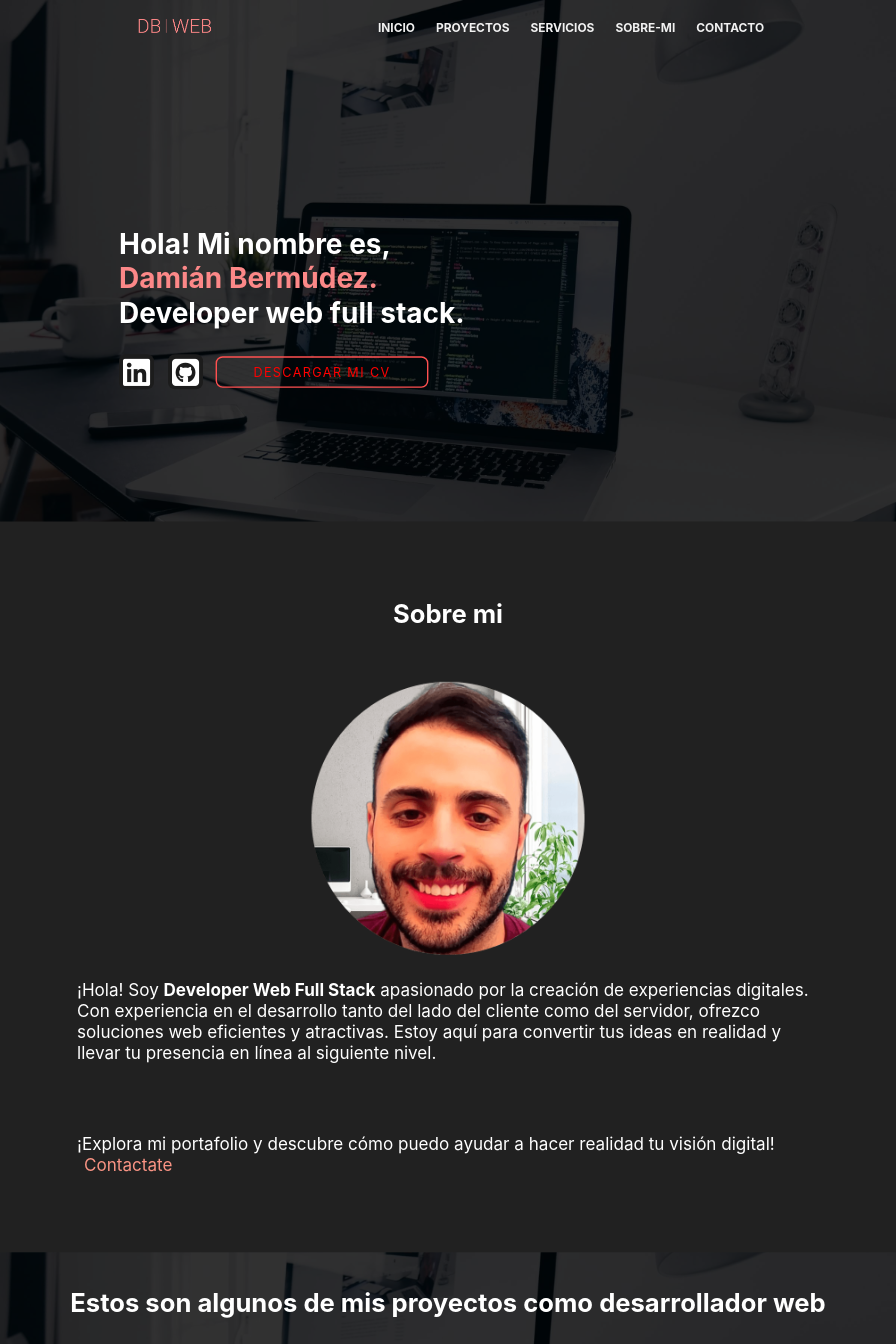
Repository: DamianBermudez94/DB-Porfolio
Page: /
These files come from the project's save history. The page is drawn as it stood at one moment and after the next save; the edit follows.
The browser window is 1280 px wide. The pictures show the part of the page from y = 0 to 1920 px (the page is 2598 px tall), at 70% of full size.
Backgrounds fixed to the window are drawn as part of the page. Some web libraries are served in a nearby version. The project was rebuilt for these pictures with package versions that can differ from the ones it lists, and the page was loaded fresh each time. Also part of the build but not shown: vite.config.js, src/components/Servicios/styles.css, src/components/Servicios/Service.jsx, src/pages/Servicios.jsx, src/components/Conocimientos/Conocimientos.jsx, src/pages/AcerdaDe.jsx, src/components/Contacto/Contact.jsx, src/pages/contacto.jsx and 2 more.

Above is the page before, as saved 2024-03-09 19:32:49.

### index.html
<!DOCTYPE html>
<html lang="en">
  <head>
    <meta charset="utf-8" />
    <link rel="icon" href="./public/image/IconoDB.png" />
    <link rel="apple-touch-icon" href="./public/image/IconoDB.png" />
    <meta name="viewport" content="width=device-width, initial-scale=1" />
    <link rel="manifest" href="./src/manifiesto.json">
    <meta name="theme-color" content="#000000" />
    <!--Estilos-->
    <script
      src="https://kit.fontawesome.com/bdbed0aafa.js"
      crossorigin="anonymous"
    ></script>
    <link rel="preconnect" href="https://fonts.gstatic.com" />
    <link rel="preconnect" href="https://fonts.gstatic.com" />
    <link rel="preconnect" href="https://fonts.gstatic.com" />
    <link rel="preconnect" href="https://fonts.gstatic.com" />
    <link
      href="https://fonts.googleapis.com/css2?family=Raleway:wght@200;300&family=Roboto:wght@100;300&display=swap"
      rel="stylesheet"
    />
    <meta name="author" content="Damián Bermúdez" />
    <meta name="description" content="Porfolio web - Damián Bermúdez" />

    <title>Damián Bermúdez - Developer</title>
  </head>
  <body>
    <div id="root"></div>
    <script type="module" src="/src/main.jsx"></script>
  </body>
</html>

### src/main.jsx
import ReactDOM from "react-dom/client";
import "./index.css";
import App from "./App";
import Modal from 'react-modal';
Modal.setAppElement('#root');
const root = ReactDOM.createRoot(document.getElementById("root"));
root.render(<App />);

### src/index.css
* {
  margin: 0;
  padding: 0;
  box-sizing: border-box;
}
body {
  font-family: -apple-system, BlinkMacSystemFont, "Segoe UI", "Roboto", "Oxygen",
    "Ubuntu", "Cantarell", "Fira Sans", "Droid Sans", "Helvetica Neue",
    sans-serif;
  -webkit-font-smoothing: antialiased;
  -moz-osx-font-smoothing: grayscale;
}

### src/App.jsx
import "./App.css";
import { MisRutas } from "./routers/MisRutas";

function App() {
  return (
    <div className="layout">
      <MisRutas />
    </div>
  );
}

export default App;

### src/App.css
.layout {
  margin: 0 auto;
  background-color: #282c34;
  font-size: calc(10px + 2vmin);
  color: white;
  background-image: url("/public/image/banner-parallax.jpg");
  background-size: cover;
  background-position: center;
  background-attachment: fixed;
}
.layout .container-rutas {
  background-color: rgba(0, 0, 0, 0.8);
  width: 100%;
  height: 100%;
  padding-top: 145px;
}

### src/routers/MisRutas.jsx
import { BrowserRouter, Routes, Route } from "react-router-dom";

import { Inicio } from "../pages/Inicio";
import { Servicios } from "../pages/Servicios";
import { AcerdaDe } from "../pages/AcerdaDe";
import { Contacto } from "../pages/contacto";
import { Proyectos } from "../pages/Proyecto";
import { Error } from "../components/Error";
import { NavHeader } from "../components/header/NavHeader";
import { Footer } from "../components/Footer/Footer";

export const MisRutas = () => {
  return (
    <div className="container-rutas">
      <BrowserRouter>
        {/*Header y navegacion*/}
        <NavHeader />
        {/*Contenido general*/}

        <Routes>
          <Route path="/" element={<Inicio />} />
          <Route path="/inicio" element={<Inicio />} />
          <Route path="/servicios" element={<Servicios />} />
          <Route path="/conocimientos" element={<AcerdaDe />} />
          <Route path="/contacto" element={<Contacto />} />
          <Route path="/proyecto" element={<Proyectos />} />
          <Route path="*" element={<Error />} />
        </Routes>

        {/* Footer*/}
        <Footer />
      </BrowserRouter>
    </div>
  );
};

### src/pages/Inicio.jsx

import { Home } from "../components/Home/Home";
export const Inicio = () => {
  return (
  <div><Home/> </div>
  );
};

### src/components/header/NavHeader.jsx
import { useState, useEffect } from "react";
import { NavLink } from "react-router-dom";
import "./NavHeader.css";
import BurguerButton from "./burgerButton";

export const NavHeader = () => {
  const [clicked, setClicked] = useState(false);
  const [scrolled, setScrolled] = useState(false);
  const handleClick = () => {
    //cuando esta true lo pasa a false y vice versa
    setClicked(!clicked);
  };
  useEffect(() => {
    const handleScroll = () => {
      if (window.scrollY > 50) {
        setScrolled(true);
      } else {
        setScrolled(false);
      }
    };

    window.addEventListener("scroll", handleScroll);

    // Limpiar el event listener en el desmontaje del componente
    return () => {
      window.removeEventListener("scroll", handleScroll);
    };
  }, []);

  return (
    <header className={`header ${scrolled ? "scrolled" : ""}`}>
      <div className="nav-content">
        <div className="logo">
          <NavLink to="/inicio">
            <img
              src={"/image/Logo-DB.png"}
              alt="Damian Bermudez desarrollador web"
            ></img>
          </NavLink>
        </div>

        <BurguerButton
          className="btn-menu"
          clicked={clicked}
          handleClick={handleClick}
        />
        <nav className={`links ${clicked ? "active" : ""}`}>
          <ul>
            <li>
              <NavLink
                to="/inicio"
                onClick={handleClick}
                className={({ isActive }) => (isActive ? "active" : "")}
              >
                Inicio
              </NavLink>
            </li>
            <li>
              <NavLink
                to="/proyecto"
                onClick={handleClick}
                className={({ isActive }) => (isActive ? "active" : "")}
              >
                proyectos
              </NavLink>
            </li>
            <li>
              <NavLink
                to="/servicios"
                onClick={handleClick}
                className={({ isActive }) => (isActive ? "active" : "")}
              >
                servicios
              </NavLink>
            </li>
            <li>
              <NavLink
                to="/conocimientos"
                onClick={handleClick}
                className={({ isActive }) => (isActive ? "active" : "")}
              >
                sobre-mi
              </NavLink>
            </li>
            <li>
              <NavLink
                to="/contacto"
                onClick={handleClick}
                className={({ isActive }) => (isActive ? "active" : "")}
              >
                contacto
              </NavLink>
            </li>
          </ul>
        </nav>
      </div>
    </header>
  );
};

### src/components/Footer/Footer.jsx

import './Footer.css'
export const Footer = () => {
  return (
    <footer className="footer">
      <div className="contenedor-footer container">
          <div className="footer-redes__sociales">
              <a href="https://www.facebook.com" className="link-redes_sociales" ><i className="fab fa-facebook facebook"></i></a>
              <a href="https://www.instagram.com" className="link-redes_sociales" ><i className="fab fa-instagram instagran"></i></a>
              <a href="https://www.linkedin.com" className="link-redes_sociales" ><i className="fab fa-linkedin linkedin"></i></a>
              <a href="https:/www.github.com" className="link-redes_sociales" ><i className="fab fa-github-square github"></i></a>
          </div>
          <hr className='footer-linea' />
          <div className="footer-text">
              <p className="title-copy">Hecho por<a className="title-footer" href="https://damianbermudezdev.es/">DB|WEB</a></p>
          </div>
      </div>
    </footer>
  )
}

### src/components/Home/Home.jsx
import { NavLink } from "react-router-dom";
import { ListadoTrabajos } from "../Proyectos/ListaTrabajos";
import "./styles.css";
export const Home = () => {
  return (
    <section className="home">
      <div className="home-welcome">
        <div className="container-home">
          <h1 className="title-welcome" style={{ "--duration": "1s" }}>
            <span style={{ "--delay": " .5s" }}>Hola! Mi nombre es,</span>
            <span className="title-custom" style={{ "--delay": ".6s" }}>
              Damián Bermúdez.
            </span>
            <span className="parrafo-welcome" style={{ "--duration": "1s" }}>
              <span style={{ "--delay": " .7s" }}>
                Developer web full stack.
              </span>
            </span>
          </h1>

          <div className="container-redes_inicio">
            <NavLink
              to="https://www.linkedin.com/in/damian-bermudez-4a4a33204/"
              className="link-redes_sociales"
              target="_blank"
            >
              <i className="fab fa-linkedin linkedin"></i>
            </NavLink>
            <NavLink
              to="https://github.com/DamianBermudez94"
              className="link-redes_sociales"
              target="_blank"
            >
              <i className="fab fa-github-square github"></i>
            </NavLink>
            <a
              className="btn-cv"
              href="./cv-pdf/CVDamianBermudez2023_1_ (1).pdf"
              download="CV-damian-bermudez.pdf"
            >
              Descargar mi CV
            </a>
          </div>
        </div>
      </div>
      <section className="section-me">
        <h2>Sobre mi</h2>
        <div className="container-me" data-animation="diagonal">
          <img
            src={"/image/profile-damianbermudez.png"}
            alt="Damian Bermudez desarrollador web"
          ></img>
          <p>
            ¡Hola! Soy <strong>Developer Web Full Stack</strong> apasionado por
            la creación de experiencias digitales. Con experiencia en el
            desarrollo tanto del lado del cliente como del servidor, ofrezco
            soluciones web eficientes y atractivas. Estoy aquí para convertir
            tus ideas en realidad y llevar tu presencia en línea al siguiente
            nivel.
          </p>
        </div>
        <div className="container-inicio_contacto" data-animation="diagonal">
          <p className="parrafo-contacto">
            ¡Explora mi portafolio y descubre cómo puedo ayudar a hacer realidad
            tu visión digital!{" "}
            <NavLink className="enlace-contacto" to="/contacto">
              Contactate
              <span className="border border-top"></span>
              <span className="border border-right"></span>
              <span className="border border-bottom"></span>
              <span className="border border-left"></span>
            </NavLink>
          </p>
        </div>
      </section>
      <section className="content-proyectos__inicio">
        <h2>Estos son algunos de mis proyectos como desarrollador web</h2>
        <ListadoTrabajos limite="2" />
      </section>
    </section>
  );
};

### src/components/header/NavHeader.css
.header {
  height: 80px;

  max-width: 1200px;
  display: flex;
  justify-content: center;
  align-items: center;
  padding: 10px;
  position: fixed;
  top: 0;
  right: 0;
  left: 0;
  z-index: 1000;
  padding: 10px 20px;
  margin: 0 auto;
  transition: background-color 0.5s ease;
}

/* Cambiar el fondo al hacer scroll */
.header.scrolled {
  background-color: rgba(83, 83, 83, 0.9);
  border-radius: 10px;
  width: 80%;
  display: flex;
  justify-content: center;
  align-items: center;
  position: fixed;

  margin: 0 auto;
}

.nav-content {
  width: 90%;
  height: 80px;

  margin: 0 auto;
  display: flex;
  justify-content: space-around;
  padding: 5px;
  align-items: center;
}
.header .logo img {
  width: 150px;
  height: 100px;
  object-fit: cover;
}

.header nav ul {
  display: flex;
  justify-content: center;
  align-items: center;
  list-style: none;
}
.header li {
  text-decoration: none;
  text-transform: uppercase;
  font-size: 17px;
  font-weight: bold;
  margin: 15px;
}
.header li a {
  text-decoration: none;
  transition: all 300ms;
  color: #f1f1f1;
}
.header .active,
.header a:hover {
  color: rgb(255, 80, 80);
}

.header .btn-menu {
  display: none;
}
@media screen and (max-width: 860px) {
  .header {
    overflow: hidden;
  }

  .header .logo img {
    width: 200px;
  }
  .header nav {
    position: fixed;
    top: 70px;
    left: -140%;
    width: 80%;
    height: calc(100vh - 60px);
    background-color: #fff;
    z-index: 9;
  }
  .links.active {
    width: 100%;
    height: 100vh;
    display: block;
    top: 150px;
    left: 0;
    right: 0;
    margin-left: auto;
    margin-right: auto;
    text-align: center;
    opacity: 1;
    background: rgba(255, 255, 255, 0);
    backdrop-filter: blur(19px);
  }
  .links.close {
    display: none;
  }
  nav ul {
    margin: 0 auto;
    flex-direction: column;
    border-top: 5px solid rgb(255, 1, 1);
    padding: 5px;
  }

  nav ul li {
    width: 100%;
    margin: 10px auto;
    border-bottom: 1px solid rgb(255, 1, 1);
  }
  nav ul li a {
    background: none;
    color: rgb(255, 1, 1);
  }
  body.dark nav ul li a {
    color: #f1f1f1;
  }
  nav ul li a.active {
    background: none;
    color: rgb(0, 0, 0);
  }
  body.dark nav ul li a.active {
    color: rgb(255, 1, 1);
  }
  nav ul li a.active:hover {
    background: none;
    color: rgb(0, 0, 0);
  }
}

### src/components/header/burgerButton.jsx
/* eslint-disable react/prop-types */

import styled from "styled-components";

function BurguerButton(props) {
  return (
    <Burguer>
      <div
        onClick={props.handleClick}
        className={`btn-menu nav-icon-5 ${props.clicked ? "open" : ""}`}
      >
        <span></span>
        <span></span>
        <span></span>
      </div>
    </Burguer>
  );
}

export default BurguerButton;

const Burguer = styled.div`
  /* nav-icon-5 */
  .nav-icon-5 {
    width: 35px;
    height: 30px;
    position: relative;
    cursor: pointer;
    display: flex;
    margin: 25px 50px;
  }
  .nav-icon-5 span {
    background-color: #fff;
    position: absolute;
    border-radius: 2px;
    transition: 0.3s cubic-bezier(0.8, 0.5, 0.2, 1.4);
    width: 100%;
    height: 4px;
    transition-duration: 500ms;
  }
  .nav-icon-5 span:nth-child(1) {
    top: 0px;
    left: 0px;
  }
  .nav-icon-5 span:nth-child(2) {
    top: 13px;
    left: 0px;
    opacity: 1;
  }
  .nav-icon-5 span:nth-child(3) {
    bottom: 0px;
    left: 0px;
  }
  .nav-icon-5:not(.open):hover span:nth-child(1) {
    transform: rotate(-3deg) scaleY(1.1);
  }
  .nav-icon-5:not(.open):hover span:nth-child(2) {
    transform: rotate(3deg) scaleY(1.1);
  }
  .nav-icon-5:not(.open):hover span:nth-child(3) {
    transform: rotate(-4deg) scaleY(1.1);
  }
  .nav-icon-5.open span:nth-child(1) {
    transform: rotate(45deg);
    top: 13px;
  }
  .nav-icon-5.open span:nth-child(2) {
    opacity: 0;
  }
  .nav-icon-5.open span:nth-child(3) {
    transform: rotate(-45deg);
    top: 13px;
  }
  @media screen and (min-width: 860px) {
    .btn-menu {
      display: none;
    }
  }
`;

### src/components/Footer/Footer.css
.footer {
  min-height: 120px;
  line-height: 7px;
  text-align: center;
  font-size: 22px;
  padding: 45px;
  background-color: #212121;
}

.contenedor-footer {
  display: flex;
  flex-direction: column;
  justify-content: center;
  align-content: center;
  margin: 0 auto;
  padding: 20px;
}
.footer-text {
  display: flex;
  justify-content: center;
  align-items: center;
  padding: 10px;
  margin-top: 20px;
}
.title-copy {
  text-align: center;
  font-size: 26px;
  font-weight: 300;
}
.title-footer {
  text-decoration: none;
  color: rgb(252, 136, 136);
  margin-left: 5px;
}
.footer-linea{
  height: 1px;
  width: 100%;

}
body.dark .title-copy {
  color: #f1f1f1;
}

.footer-redes__sociales {
  display: flex;
  justify-content: center;
  align-items: center;
  text-align: center;
  margin-bottom: 10px;
}
.link-redes_sociales {
  text-decoration: none;
  width: 50px;
  height: 50px;
  margin: 10px;
  color: rgb(255, 255, 255);
  background-color: rgb(28, 28, 28);
  border-radius: 10px;
  text-align: center;
  position: relative;
  transition: transform 0.4s;
  font-size: 26px;
  padding: 4px;
}
.link-redes_sociales:hover {
  transform: rotate(45deg);
}
.link-redes_sociales::before {
  content: "";
  position: absolute;
  width: 100%;
  height: 100%;
  opacity: 0;
  background-color: #373737;
  border-radius: 10px;
  transition: opacity 0.2s;
}
.link-redes_sociales:hover::before {
  opacity: 0.4;
}
.link-redes_sociales:nth-child(1)::before {
  background-color: rgb(255, 80, 80);
}
.link-redes_sociales:nth-child(2)::before {
  background-color: rgb(255, 80, 80);
}
.link-redes_sociales:nth-child(3)::before {
  background-color: rgb(255, 80, 80);
}
.link-redes_sociales:nth-child(4)::before {
  background-color: rgb(255, 80, 80);
}

.link-redes_sociales:hover::before {
  transform: translate(-4px, -4px);
  filter: blur(10px);
}

.link-redes_sociales i {
  font-size: 1.7em;
  transition: all 0.4s;
}
.link-redes_sociales:hover i {
  color: #f1f1f1;
  transform: rotate(-45deg);
}

body.dark .redes-sociales i {
  color: #f1f1f1;
}

### src/components/Proyectos/styles.css
/**--Estilos seccion Proyectos--**/

.section-proyectos {
  width: 90%;
  max-width: 1600px;
  display: grid;
  grid-template-columns: repeat(2, 1fr);
  grid-gap: 30px;

  padding: 10px;
  margin: 0 auto;
}
.title-proyectos {
  font-size: 55px;
  margin: auto;
  text-align: center;
  padding: 25px;
}
.card-proyectos {
  display: flex;
  align-items: center;
  flex-direction: column;
  overflow: hidden;
}
.content-proyectos__img img {
  object-fit: cover;
  border-radius: 5px;
  width: 100%;
  height: 300px;
  overflow: hidden;
  box-shadow: 0px 5px 14px 0px #fff;
  cursor: pointer;
}

.card-proyectos span {
  display: block;
  color: white;
  font-size: 18px;
  margin-top: 35px;
}
.card-proyectos h2 {
  display: block;
  color: white;
  margin-top: 5px;
  font-size: 25px;
}
.card-proyectos a {
  color: white;
  text-decoration: none;
  transition: none;
  text-align: center;
}

.content-proyectos__enlace {
  width: 100%;
  display: flex;
  justify-content: center;
  align-items: center;
  padding: 20px;
  margin: 0 auto;
}

.proyectos-enlace {
  width: 40%;
  max-width: 200px;
  text-decoration: none;
  display: flex;
  align-items: center;
  justify-content: center;
  margin: 0 auto;
  font-size: 18px;
  cursor: pointer;
  text-transform: uppercase;
  letter-spacing: 2px;
  color: rgb(255, 0, 0);
  background-color: transparent;
  outline: 2px solid rgb(255, 80, 80);
  border: none;
  border-radius: 8px;
  padding: 10px 20px;
  position: relative;

  overflow: hidden;
  transition: color 1s;
}

.proyectos-enlace:hover {
  color: #000000;
  z-index: 1;
}

.proyectos-enlace::before {
  content: "";
  position: absolute;
  top: 0;
  left: -50px;
  width: 150%;
  height: 100%;
  background-color: rgba(255, 85, 85, 0.5);
  border: none;
  outline: 3px solid rgb(0, 0, 0);
  transform: scaleX(0) skewX(35deg);
  transform-origin: left;
  z-index: -1;
  transition: transform 1s;
}

.proyectos-enlace:hover::before {
  transform: scaleX(1) skewX(35deg);
}

/* Modal personalizado */
.mi-modal {
  width: 600px;

  height: 500px;
  display: flex;
  justify-content: space-between;
  align-items: center;
  background-color: rgba(0, 0, 0, 0.336);
  border-radius: 5px;
  padding: 20px;
  box-shadow: 0 0 10px rgba(247, 10, 10, 0.9);
}
.container-modal{
  display: flex;
  justify-content: space-around;
  padding: 10px;
  flex-direction: column;

}
/* Overlay personalizado */
.mi-modal-overlay {
  color: #fff;
  position: fixed; /* Asegura que el overlay cubra toda la pantalla */
  top: 0;
  left: 0;
  right: 0;
  bottom: 0;
  background-color: rgba(0, 0, 0, 0.281); /* Color de fondo oscuro con opacidad */
  z-index:  1000;
  margin: 0 auto;

}

@media (max-width: 1120px) {
  .section-proyectos {
    display: grid;
    grid-template-columns: repeat(2, 1fr);

    grid-gap: 10px;
  }
}
@media (max-width: 760px) {
  .section-proyectos {
    display: grid;
    grid-template-columns: repeat(1, 1fr);
    grid-gap: 10px;
  }
  .mi-modal {
    width: 400px;

    height: 500px;
    display: flex;
    justify-content: space-between;
    align-items: center;
    background-color: rgba(0, 0, 0, 0.336);
    border-radius: 5px;
    padding: 20px;
    box-shadow: 0 0 10px rgba(247, 10, 10, 0.9);
  }
}
@media (max-width: 480px) {

  .mi-modal {
    width: 300px;


  }
}

Loaded but not shown: src/data/trabajos.js (48 lines, source omitted); src/components/Contacto/styles.css (267 lines, source omitted); src/components/Home/styles.css (238 lines, source omitted); src/components/Proyectos/ListaTrabajos.jsx (102 lines, source omitted); src/components/Conocimientos/styles.css (147 lines, source omitted)

After the next save:
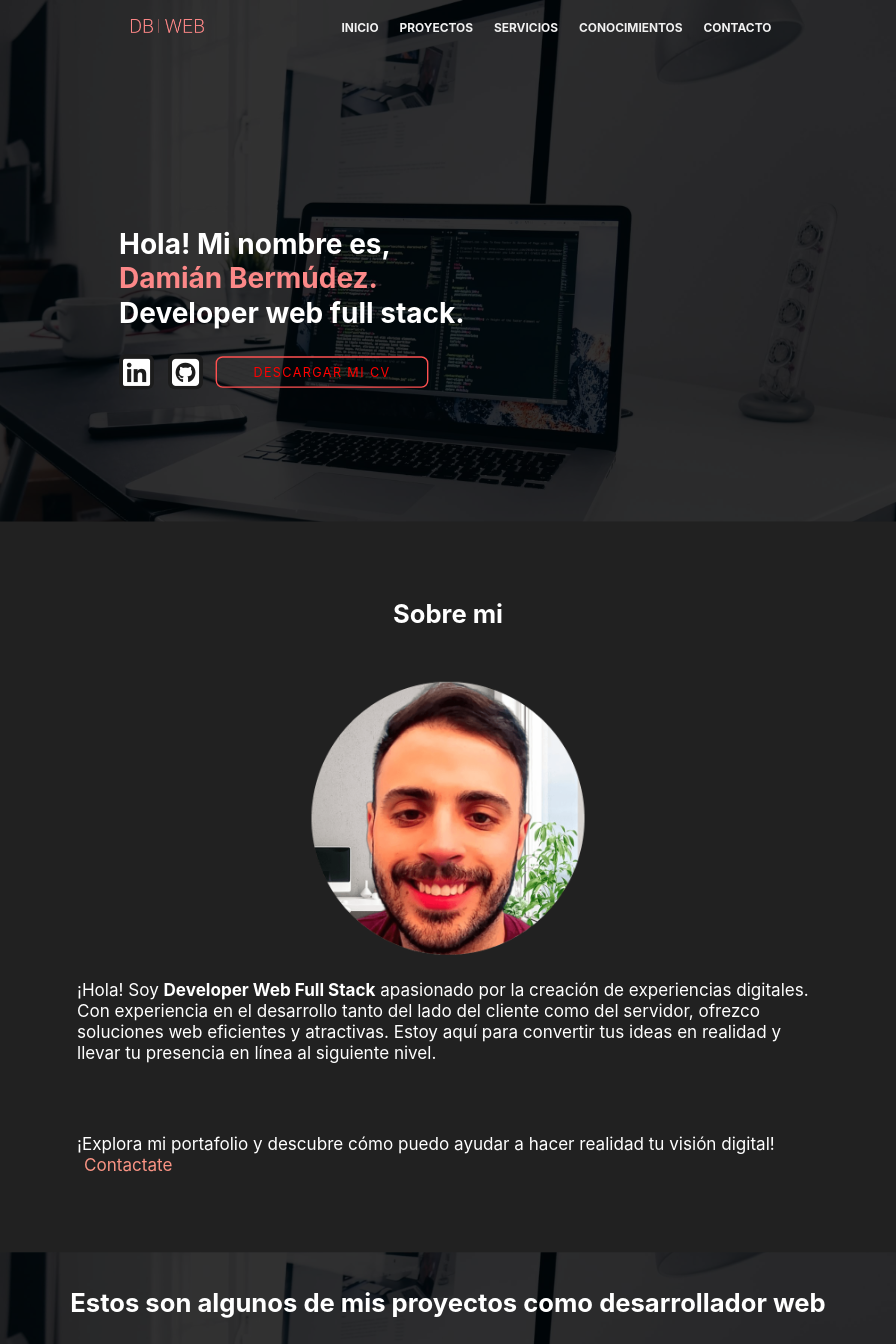
Saved 38 s later.
--- a/src/components/header/NavHeader.jsx
+++ b/src/components/header/NavHeader.jsx
@@ -79,7 +79,7 @@ export const NavHeader = () => {
                 onClick={handleClick}
                 className={({ isActive }) => (isActive ? "active" : "")}
               >
-                sobre-mi
+                conocimientos
               </NavLink>
             </li>
             <li>
